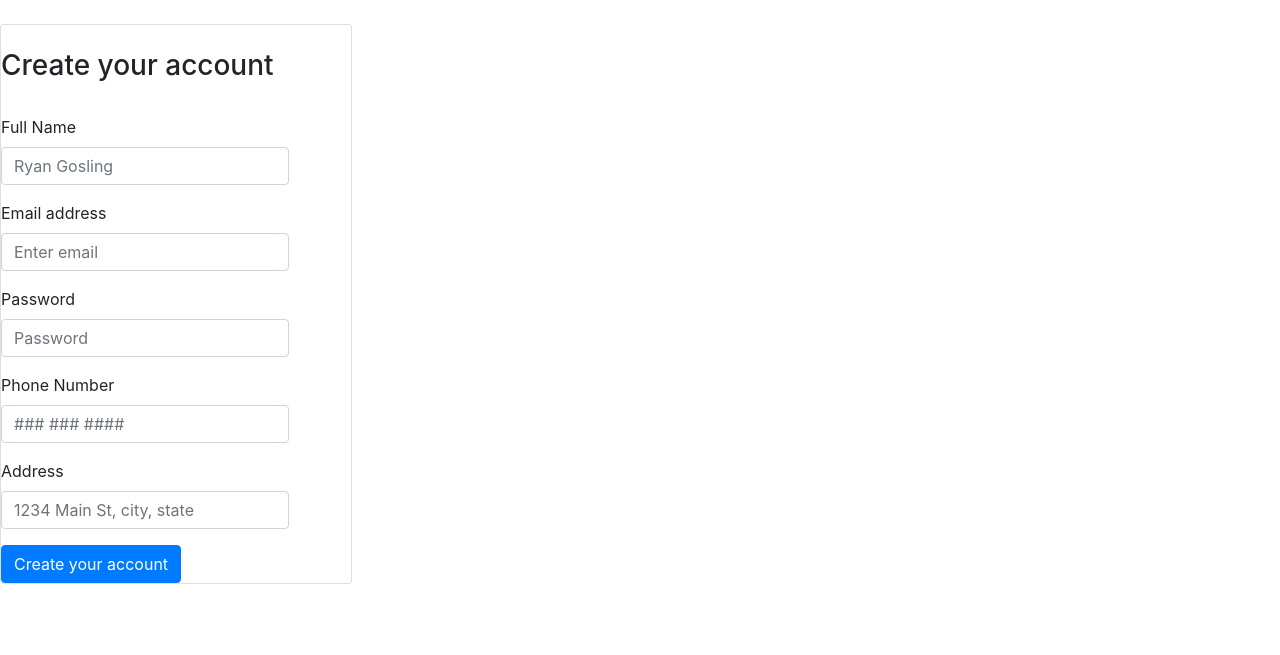
Repository: kavyashree088/AAKKS
Page: /Signup (app in Frontend/)
The author's editor kept a copy of each file at every save. The page is drawn from the files as they stood at one save, then again after the next save.
The browser window is 1280 px wide. The pictures show the whole page.
Some web libraries are served in a nearby version. The project was rebuilt for these pictures with package versions that can differ from the ones it lists, and the page was loaded fresh each time. Also part of the build but not shown: Frontend/src/CSS/navbar.css, Frontend/src/Components/Home.js, Frontend/src/CSS/LandingPage.css, Frontend/src/Components/LandingPage/LandingPage.js.

Above is the page before, as saved 2019-11-16 13:36:44.

After the next save:
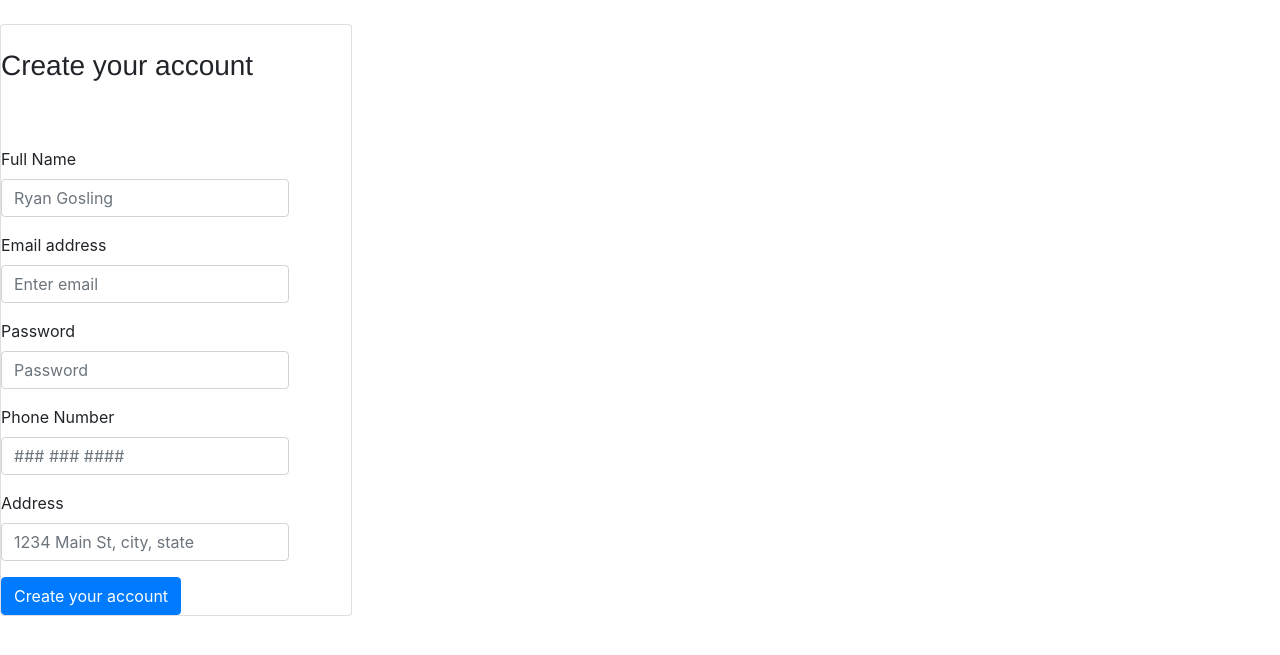
Saved 29 s later.
--- a/Frontend/src/Components/LandingPage/Signup.js
+++ b/Frontend/src/Components/LandingPage/Signup.js
@@ -112,7 +112,7 @@
                     <br></br>
                     <Card style={{ width: '22rem' }} >
                         <br></br>
-                        <h3>Create your account</h3>
+                        <h3 className = "font">Create your account</h3>
                         <br></br>
                         <center>
                             <Form style={{ width: '18rem' }}>
